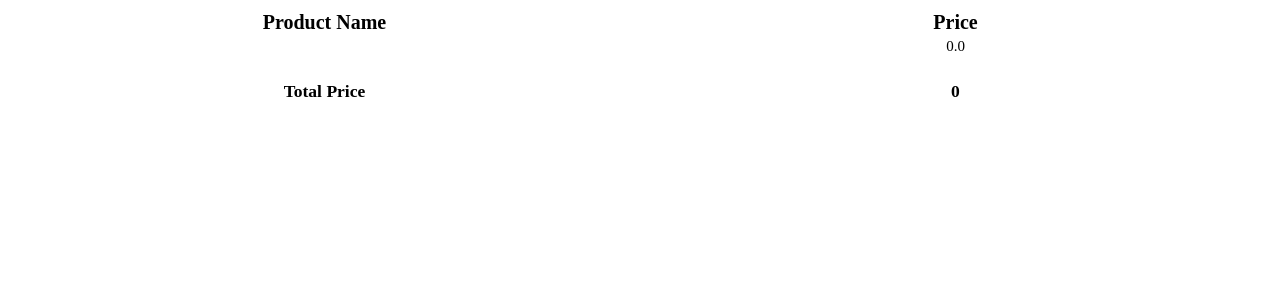
Repository: FatCat0712/JSP
Page: http://localhost/bai_20/donHang.jsp
An editor plug-in stored every save of this project. The page is shown before and after the next save, followed by the edit.
The browser window is 1280 px wide. The pictures show the whole page.
The page is served by Tomcat 9.

Above is the page before, as saved 2024-04-22 13:59:54.

After the next save:
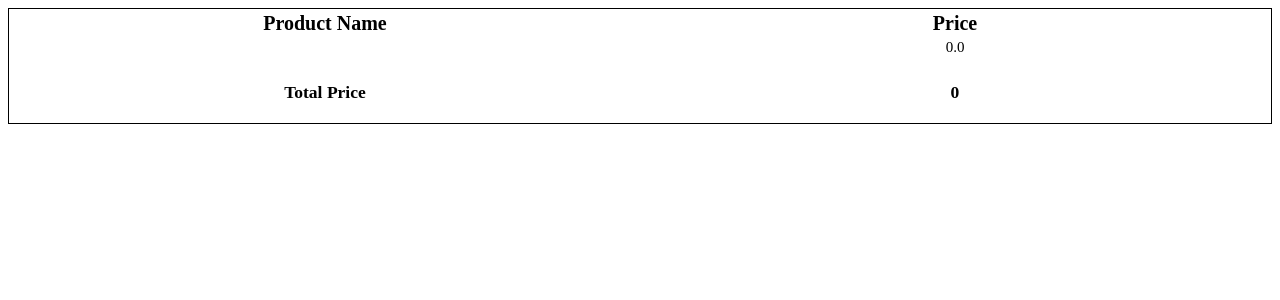
Saved 47 s later.
--- a/bai_20/src/main/webapp/donHang.jsp
+++ b/bai_20/src/main/webapp/donHang.jsp
@@ -94,7 +94,7 @@
 	%>
 
 
-	<table style="width: 100%">
+	<table style="width: 100%; border: 1px solid black;" >
 		<thead>
 			<tr>
 				<th style="width: 50%; font-size: 20px; text-align: center;">Product Name</th>
